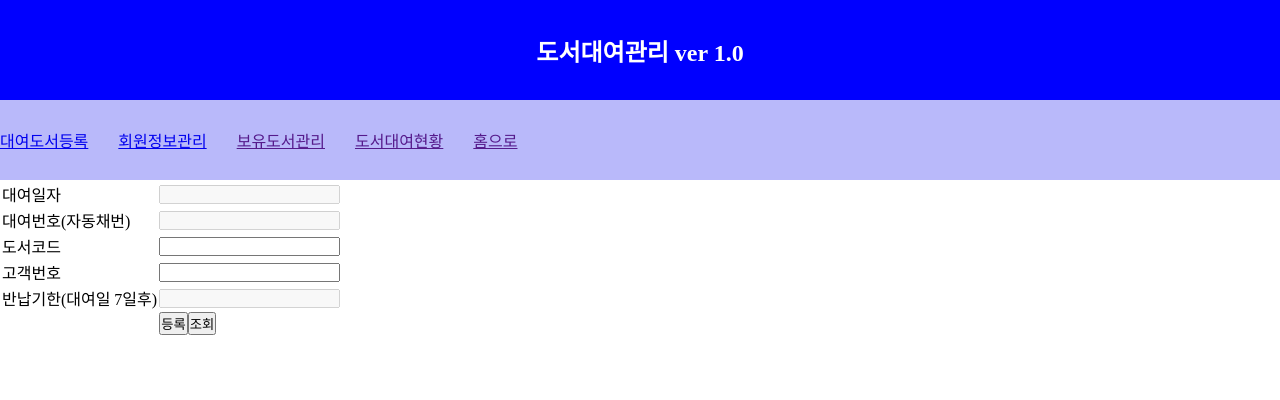
Repository: Lee-jeong-wook/JS_STUDY
Page: http://localhost/Library/memberRegister.jsp
The author's editor kept a copy of each file at every save. The page is drawn from the files as they stood at one save, then again after the next save.
The browser window is 1280 px wide. The pictures show the whole page.
The page is served by Tomcat 10.

Above is the page before, as saved 2024-06-20 01:19:23.

After the next save:
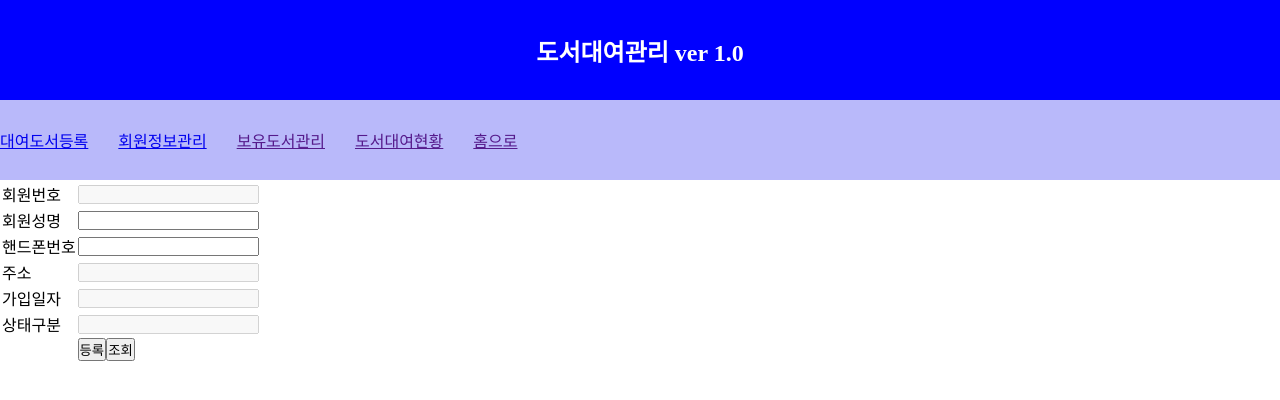
Saved 70 s later.
--- a/tmp_workspace/Library/src/main/webapp/memberRegister.jsp
+++ b/tmp_workspace/Library/src/main/webapp/memberRegister.jsp
@@ -11,23 +11,27 @@
 <form action="Register">
 	<table>
 		<tr>
-			<td>대여일자</td>
-			<td><input name="rent_ymd" disabled="disabled"></td>
-		</tr>
-		<tr>
-			<td>대여번호(자동채번)</td>
+			<td>회원번호</td>
 			<td><input name="rent_no" disabled="disabled"></td>
 		</tr>
 		<tr>
-			<td>도서코드</td>
+			<td>회원성명</td>
 			<td><input name="rent_book"></td>
 		</tr>
 		<tr>
-			<td>고객번호</td>
+			<td>핸드폰번호</td>
 			<td><input name="rent_rent"></td>
 		</tr>
 		<tr>
-			<td>반납기한(대여일 7일후)</td>
+			<td>주소</td>
+			<td><input name="close_ymd" disabled="disabled"></td>
+		</tr>
+		<tr>
+			<td>가입일자</td>
+			<td><input name="close_ymd" disabled="disabled"></td>
+		</tr>
+		<tr>
+			<td>상태구분</td>
 			<td><input name="close_ymd" disabled="disabled"></td>
 		</tr>
 		<tr>
